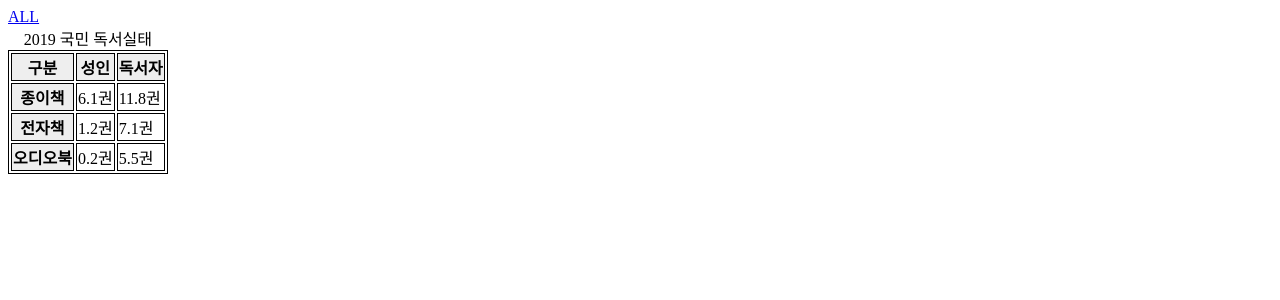
Repository: itkezi/HTML_2022_505
Page: Web/WebContent/HTML/0328_EX2.html
These files come from the project's save history. The page is drawn as it stood at one moment and after the next save; the edit follows.
The browser window is 1280 px wide. The pictures show the whole page.

Above is the page before, as saved 2022-03-28 04:26:35.

### Web/WebContent/HTML/0328_EX2.html
<!DOCTYPE html>
<html>
<head>
<meta charset="UTF-8">
<title>235p</title>

<style>
table {
	border:1px solid black;
	}
th, td {
	border:1px solid black;
	border-collapse: collapse;
	}
th {
	background-color: #eee
	}

</style>

</head>
<body>
<a href="http://localhost:8080/Web/HTML/ALL.html" target='_blank'> ALL</a>
<br>
  <table>
    <caption>2019 국민 독서실태</caption>
    <thead>
      <tr>
        <th>구분</th>
        <th>성인</th>
        <th>독서자</th>
      </tr>
    </thead>
    <tbody>
      <tr>
        <th>종이책</th>
        <td>6.1권</td>
        <td>11.8권</td>
      </tr>
      <tr>
        <th>전자책</th>
        <td>1.2권</td>
        <td>7.1권</td>
      </tr>
      <tr>
        <th>오디오북</th>
        <td>0.2권</td>
        <td>5.5권</td>
      </tr>
    </tbody>
  </table>
</body>
</html>

After the next save:
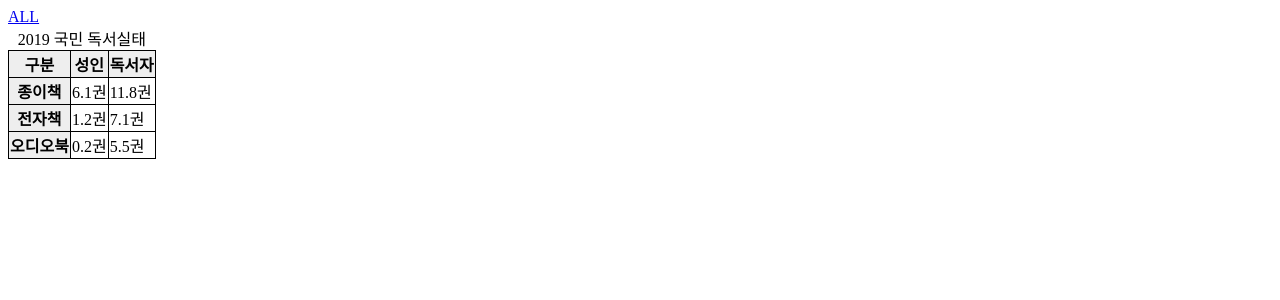
Saved 9 s later.
--- a/Web/WebContent/HTML/0328_EX2.html
+++ b/Web/WebContent/HTML/0328_EX2.html
@@ -7,10 +7,10 @@
 <style>
 table {
 	border:1px solid black;
+	border-collapse: collapse;
 	}
 th, td {
 	border:1px solid black;
-	border-collapse: collapse;
 	}
 th {
 	background-color: #eee
